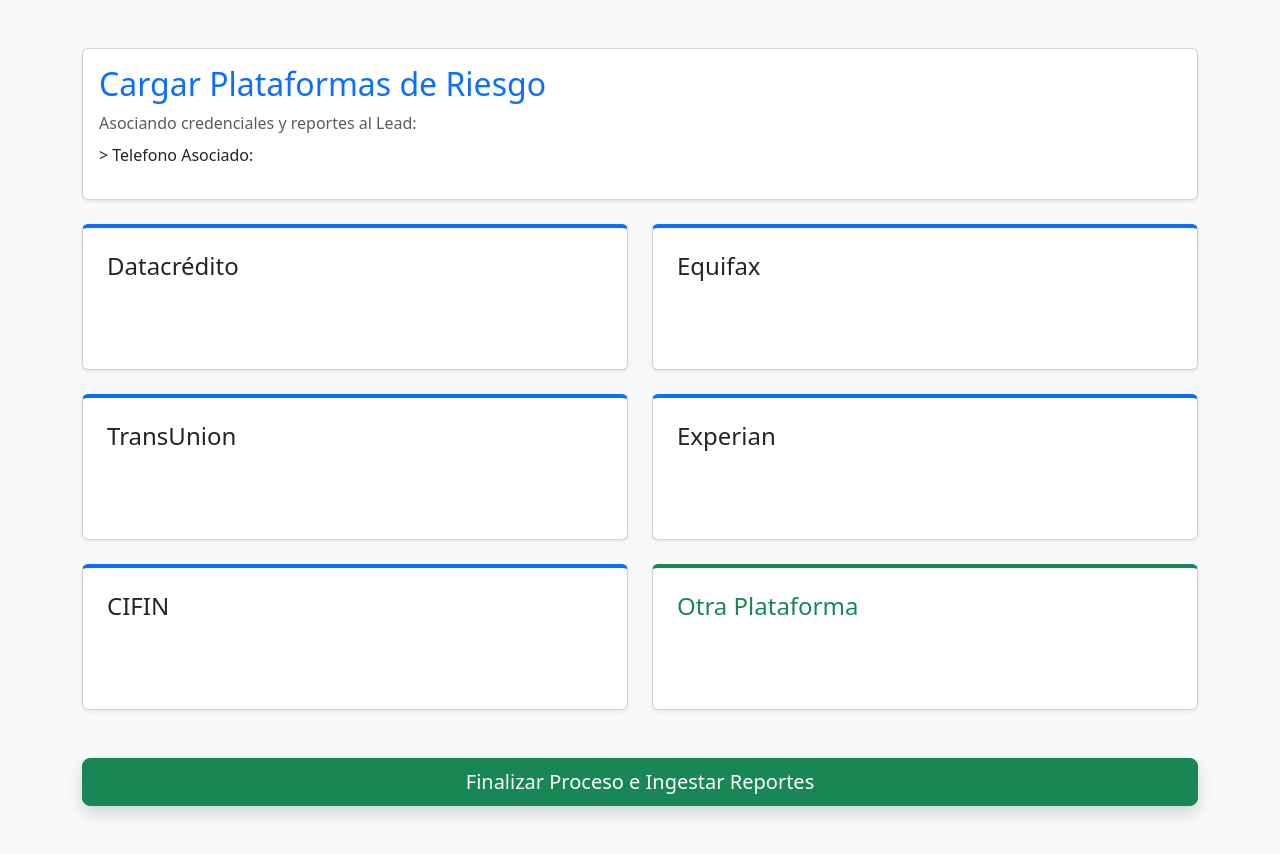
Repository: LuhizK/crm_ventas
Page: leads/templates/leads/registro_plataformas.html
The author's editor kept a copy of each file at every save. The page is drawn from the files as they stood at one save, then again after the next save.
The browser window is 1280 px wide. The pictures show the whole page.
The template is drawn by Django 5.2. The application's start-up code is not run. Other server files are loaded and not shown. The template is opened directly, without the code that normally fills it, so the values that code supplies are empty.

Above is the page before, as saved 2026-07-06 23:17:42.

### leads/templates/leads/registro_plataformas.html
<!DOCTYPE html>
<html lang="es">
<head>
    <meta charset="UTF-8">
    <meta name="viewport" content="width=device-width, initial-scale=1.0">
    <title>Plataformas y Reportes del Lead</title>
    <link href="https://cdn.jsdelivr.net/npm/bootstrap@5.3.0/dist/css/bootstrap.min.css" rel="stylesheet">
    <style>
        .form-label { font-weight: 600; color: #495057; font-size: 0.9rem; }
        .platform-card { border-top: 4px solid #0d6efd; } /* Línea azul decorativa arriba */
    </style>
</head>
<body class="bg-light">

    <div class="container mt-5 mb-5">
        <div class="card p-3 mb-4 bg-white shadow-sm">
            <h2 class="text-primary m-0">Cargar Plataformas de Riesgo</h2>
            <p class="text-muted mt-2 mb-0">
                Asociando credenciales y reportes al Lead: <strong>{{ lead.id_lead }}</strong>
            </p>
            <p class="text-muted mt-2 mb-0"></p>>
                Telefono Asociado: <strong>{{ lead.telefono_marcado }}</strong>
            </p>
        </div>

        <form method="post" enctype="multipart/form-data">
            {% csrf_token %}

            <div class="row g-4 mb-4">
                <div class="col-md-6">
                    <div class="card shadow-sm p-4 h-100 platform-card">
                        <h4 class="mb-3 text-dark">Datacrédito</h4>
                        <div class="mb-3">
                            {{ form.datacredito_usuario.label_tag }}
                            {{ form.datacredito_usuario }}
                        </div>
                        <div class="mb-3">
                            {{ form.datacredito_password.label_tag }}
                            {{ form.datacredito_password }}
                        </div>
                        <div class="mb-3">
                            {{ form.datacredito_archivos.label_tag }}
                            {{ form.datacredito_archivos }}
                        </div>
                        <div class="mb-0">
                            {{ form.datacredito_notes.label_tag }}
                            {{ form.datacredito_notas }}
                        </div>
                    </div>
                </div>

                <div class="col-md-6">
                    <div class="card shadow-sm p-4 h-100 platform-card">
                        <h4 class="mb-3 text-dark">Equifax</h4>
                        <div class="mb-3">
                            {{ form.equifax_usuario.label_tag }}
                            {{ form.equifax_usuario }}
                        </div>
                        <div class="mb-3">
                            {{ form.equifax_password.label_tag }}
                            {{ form.equifax_password }}
                        </div>
                        <div class="mb-3">
                            {{ form.equifax_archivos.label_tag }}
                            {{ form.equifax_archivos }}
                        </div>
                        <div class="mb-0">
                            {{ form.equifax_notas.label_tag }}
                            {{ form.equifax_notas }}
                        </div>
                    </div>
                </div>
            </div>

            <div class="row g-4 mb-4">
                <div class="col-md-6">
                    <div class="card shadow-sm p-4 h-100 platform-card">
                        <h4 class="mb-3 text-dark">TransUnion</h4>
                        <div class="mb-3">
                            {{ form.transunion_usuario.label_tag }}
                            {{ form.transunion_usuario }}
                        </div>
                        <div class="mb-3">
                            {{ form.transunion_password.label_tag }}
                            {{ form.transunion_password }}
                        </div>
                        <div class="mb-3">
                            {{ form.transunion_archivos.label_tag }}
                            {{ form.transunion_archivos }}
                        </div>
                        <div class="mb-0">
                            {{ form.transunion_notas.label_tag }}
                            {{ form.transunion_notas }}
                        </div>
                    </div>
                </div>

                <div class="col-md-6">
                    <div class="card shadow-sm p-4 h-100 platform-card">
                        <h4 class="mb-3 text-dark">Experian</h4>
                        <div class="mb-3">
                            {{ form.experian_usuario.label_tag }}
                            {{ form.experian_usuario }}
                        </div>
                        <div class="mb-3">
                            {{ form.experian_password.label_tag }}
                            {{ form.experian_password }}
                        </div>
                        <div class="mb-3">
                            {{ form.experian_archivos.label_tag }}
                            {{ form.experian_archivos }}
                        </div>
                        <div class="mb-0">
                            {{ form.experian_notas.label_tag }}
                            {{ form.experian_notas }}
                        </div>
                    </div>
                </div>
            </div>

            <div class="row g-4 mb-4">
                <div class="col-md-6">
                    <div class="card shadow-sm p-4 h-100 platform-card">
                        <h4 class="mb-3 text-dark">CIFIN</h4>
                        <div class="mb-3">
                            {{ form.cifin_usuario.label_tag }}
                            {{ form.cifin_usuario }}
                        </div>
                        <div class="mb-3">
                            {{ form.cifin_password.label_tag }}
                            {{ form.cifin_password }}
                        </div>
                        <div class="mb-3">
                            {{ form.cifin_archivos.label_tag }}
                            {{ form.cifin_archivos }}
                        </div>
                        <div class="mb-0">
                            {{ form.cifin_notas.label_tag }}
                            {{ form.cifin_notas }}
                        </div>
                    </div>
                </div>

                <div class="col-md-6">
                    <div class="card shadow-sm p-4 h-100 platform-card" style="border-top-color: #198754;"> <h4 class="mb-3 text-success">Otra Plataforma</h4>
                        <div class="mb-3">
                            {{ form.otro_nombre.label_tag }}
                            {{ form.otro_nombre }}
                        </div>
                        <div class="row mb-3">
                            <div class="col-6">
                                {{ form.otro_usuario.label_tag }}
                                {{ form.otro_usuario }}
                            </div>
                            <div class="col-6">
                                {{ form.otro_password.label_tag }}
                                {{ form.otro_password }}
                            </div>
                        </div>
                        <div class="mb-3">
                            {{ form.otro_archivos.label_tag }}
                            {{ form.otro_archivos }}
                        </div>
                        <div class="mb-0">
                            {{ form.otro_notas.label_tag }}
                            {{ form.otro_notas }}
                        </div>
                    </div>
                </div>
            </div>

            <div class="text-center mt-5">
                <button type="submit" class="btn btn-success btn-lg w-100 shadow">Finalizar Proceso e Ingestar Reportes</button>
            </div>
        </form>
    </div>

    <script src="https://cdn.jsdelivr.net/npm/bootstrap@5.3.0/dist/js/bootstrap.bundle.min.js"></script>
</body>
</html>

After the next save:
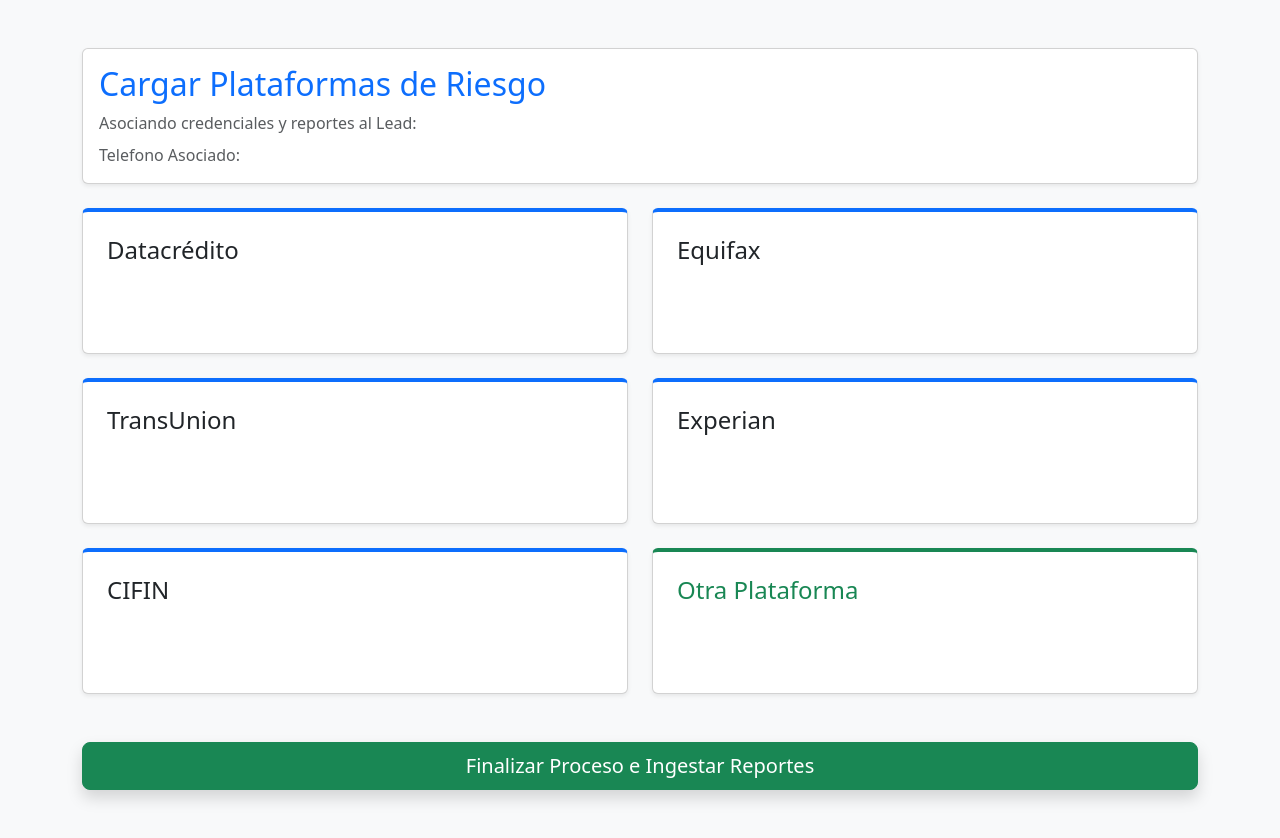
Saved 8 s later.
--- a/leads/templates/leads/registro_plataformas.html
+++ b/leads/templates/leads/registro_plataformas.html
@@ -18,7 +18,7 @@
             <p class="text-muted mt-2 mb-0">
                 Asociando credenciales y reportes al Lead: <strong>{{ lead.id_lead }}</strong>
             </p>
-            <p class="text-muted mt-2 mb-0"></p>>
+            <p class="text-muted mt-2 mb-0">
                 Telefono Asociado: <strong>{{ lead.telefono_marcado }}</strong>
             </p>
         </div>
